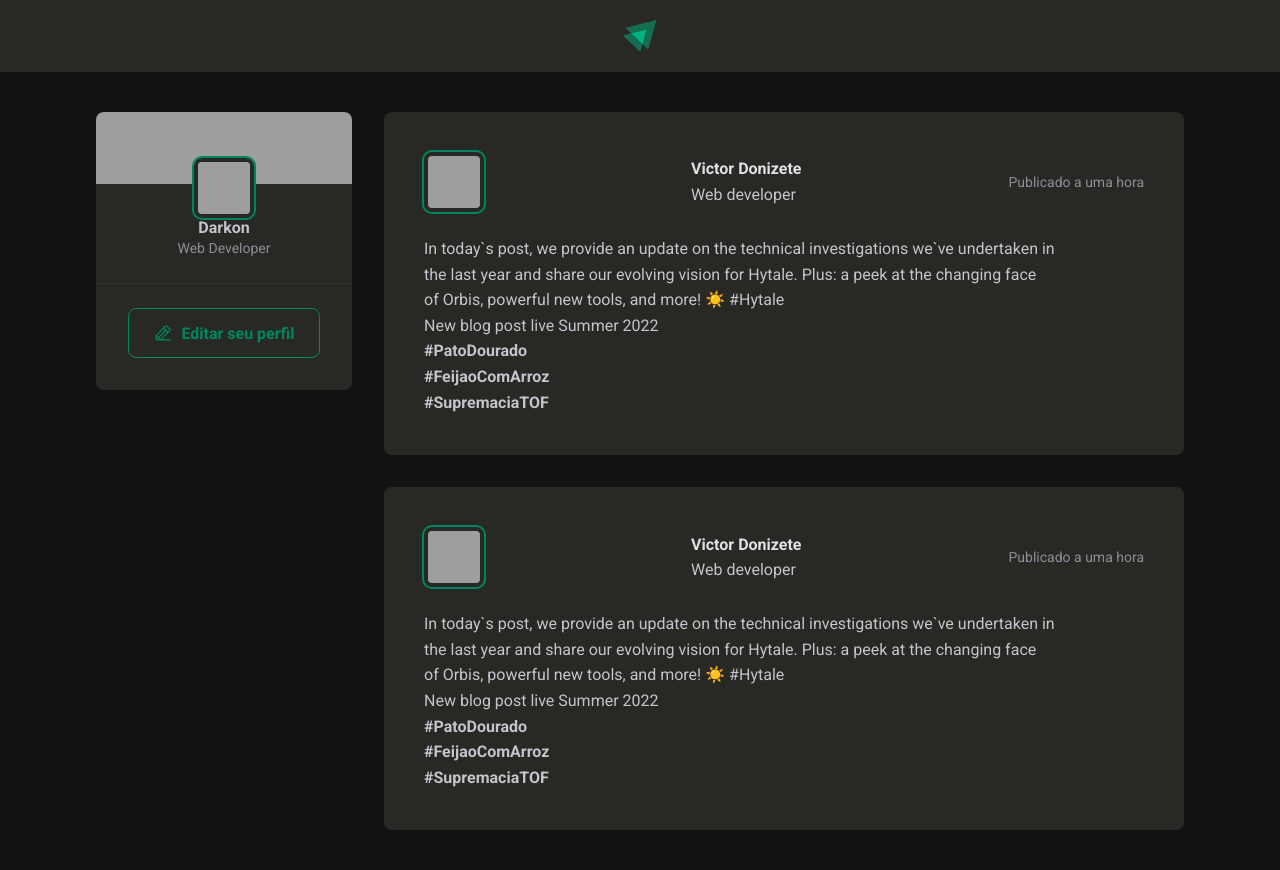
Repository: viviij/PseudoRedeSocial
Page: /
These files come from the project's save history. The page is drawn as it stood at one moment and after the next save; the edit follows.
The browser window is 1280 px wide. The pictures show the whole page.
Pictures or frames that could not be fetched are drawn as grey boxes. The project was rebuilt for these pictures with package versions that can differ from the ones it lists, and the page was loaded fresh each time. Also part of the build but not shown: vite.config.js.

Above is the page before, as saved 2022-08-02 11:58:20.

After the next save:
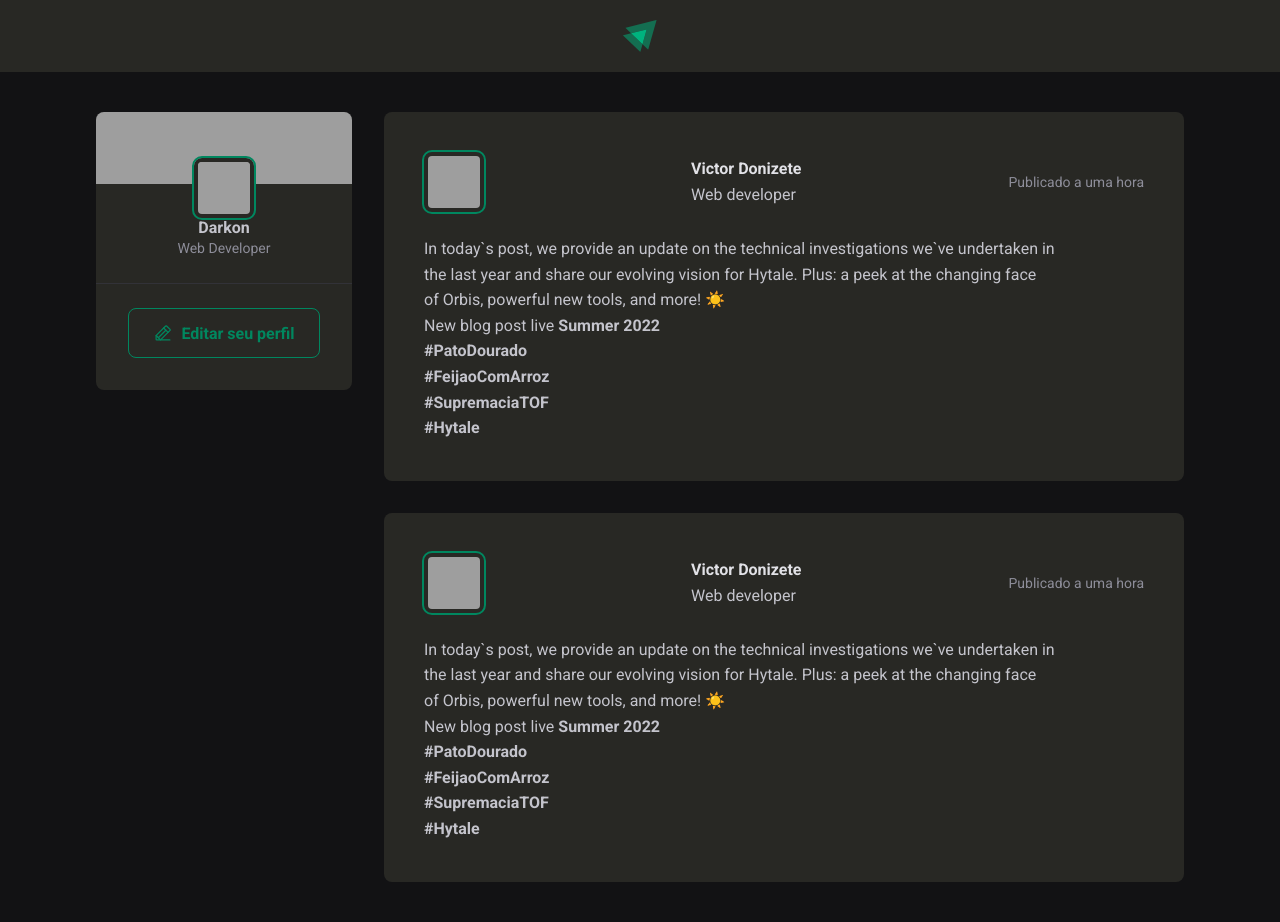
Saved 53 s later.
--- a/src/components/Post.jsx
+++ b/src/components/Post.jsx
@@ -17,12 +17,13 @@ export function Post() {
 
       <div className={styles.content}>
         <p> In today`s post, we provide an update on the technical investigations we`ve undertaken in</p> <p> the last year and share our evolving vision for Hytale. Plus: a peek at the changing face </p>
-        <p> of Orbis, powerful new tools, and more! ☀️ #Hytale</p>
-        <p>New blog post live <a href="https://hytale.com/news/2022/7/summer-2022-development-update"></a>Summer 2022</p>
+        <p> of Orbis, powerful new tools, and more! ☀️ </p>
+        <p>New blog post live <a href="https://hytale.com/news/2022/7/summer-2022-development-update">Summer 2022</a></p>
 
         <p><a href="#">#PatoDourado</a></p>{' '}
         <p><a href="#">#FeijaoComArroz</a></p>{' '}
-        <p><a href="#">#SupremaciaTOF</a></p>
+        <p><a href="#">#SupremaciaTOF</a></p>{' '}
+        <p><a href="#">#Hytale</a></p>
       </div>
     </article>
   )
